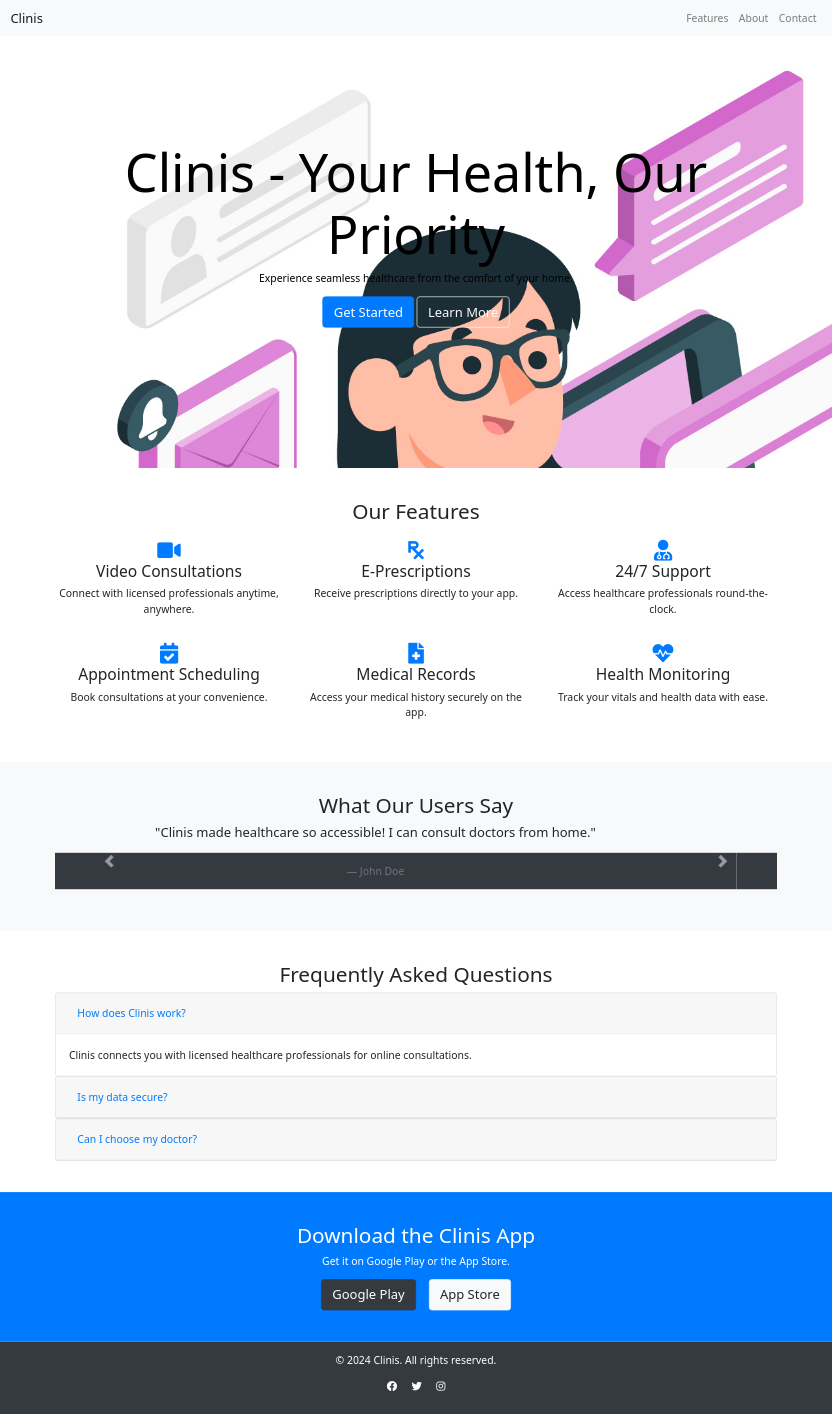
Repository: Rupak09/demo1
Page: index.html
These files come from the project's save history. The page is drawn as it stood at one moment and after the next save; the edit follows.
The browser window is 1280 px wide. The pictures show the whole page, at 65% of full size.

Above is the page before, as saved 2024-12-28 14:49:31.

After the next save:
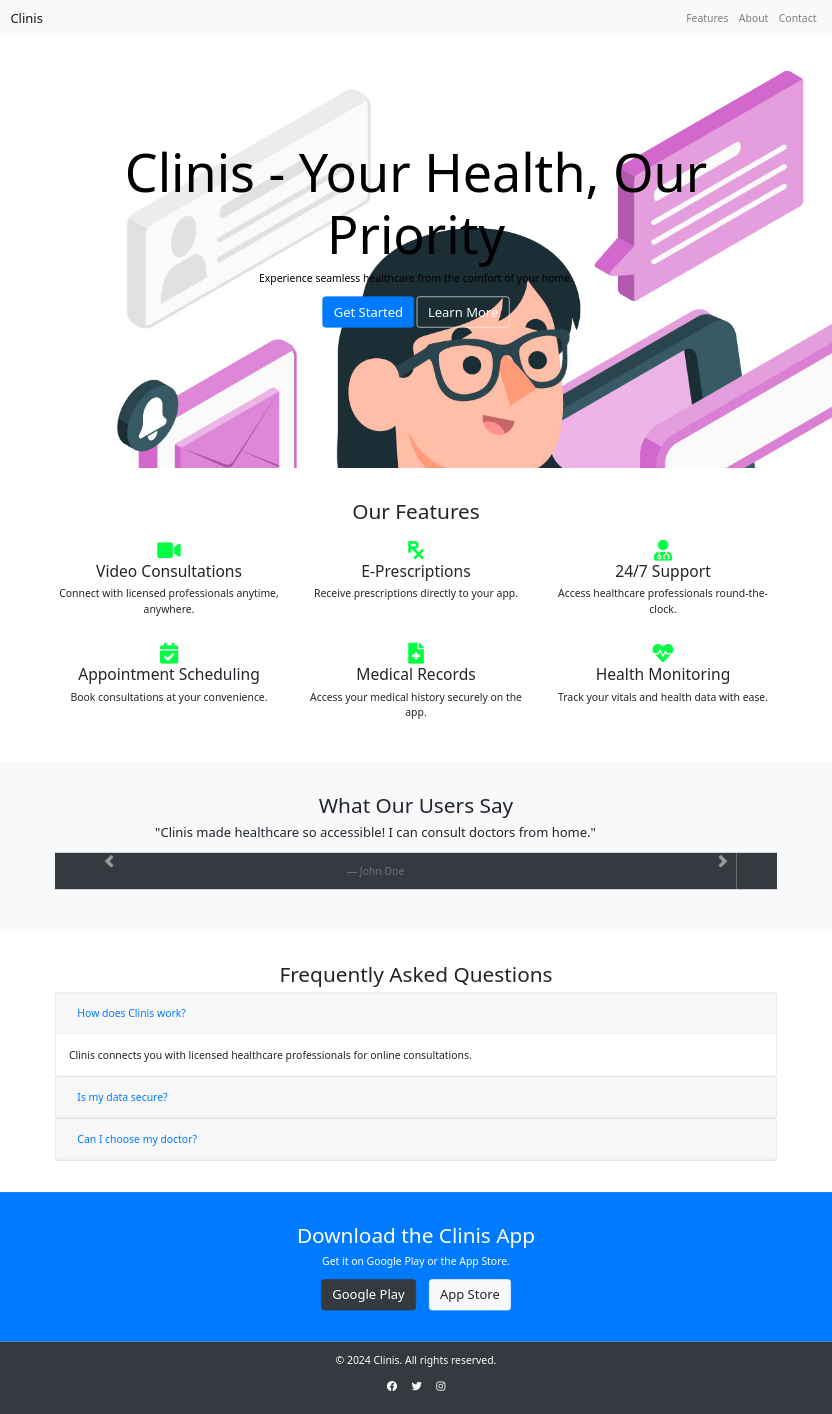
Saved 2 min 15 s later.
--- a/index.html
+++ b/index.html
@@ -32,7 +32,7 @@
 
         #features .icon {
             font-size: 2rem;
-            color: #007bff;
+            color: #00ff40;
         }
 
         footer {

After the save that followed:
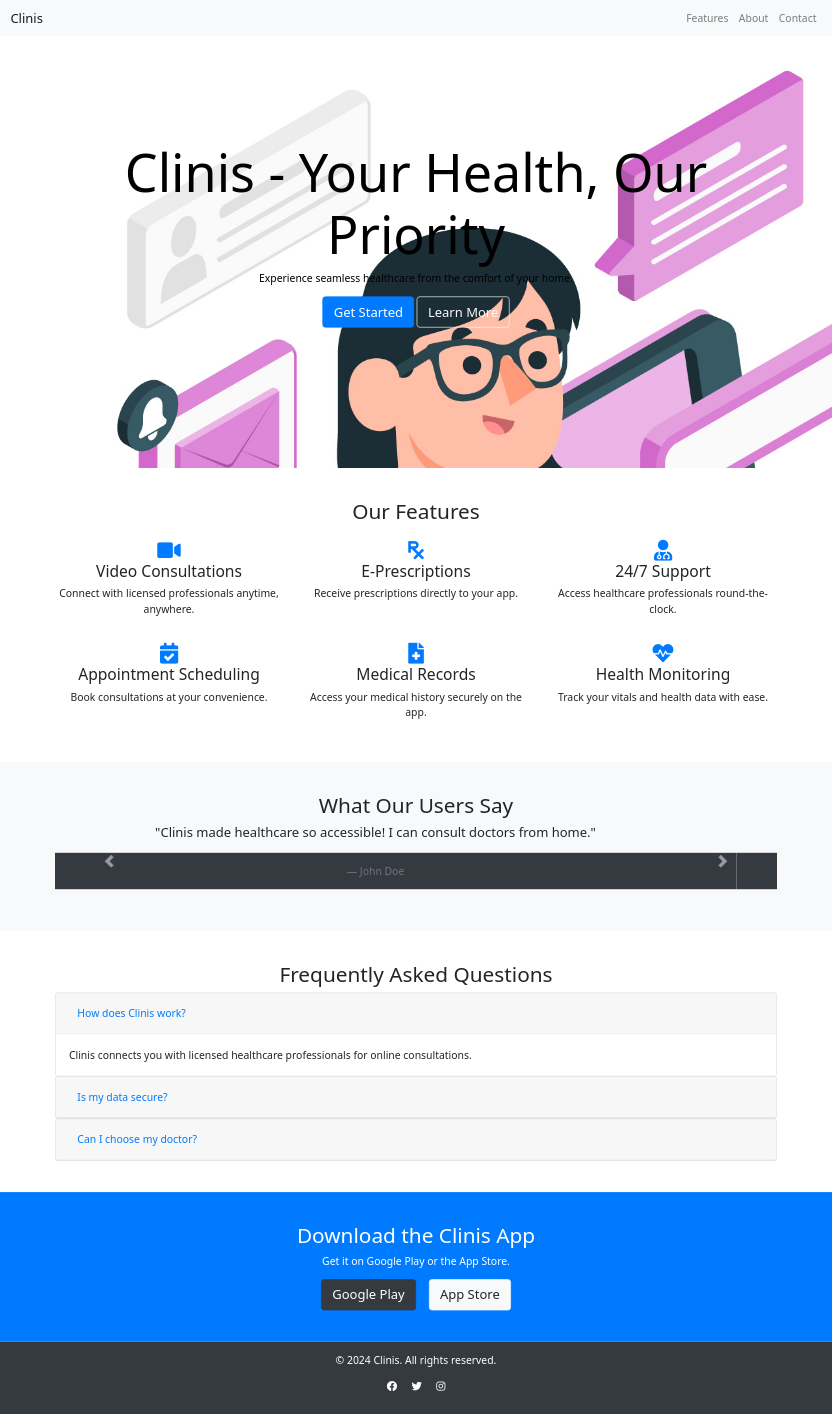
Saved 24 s later.
--- a/index.html
+++ b/index.html
@@ -32,7 +32,7 @@
 
         #features .icon {
             font-size: 2rem;
-            color: #00ff40;
+            color: #007bff;
         }
 
         footer {
